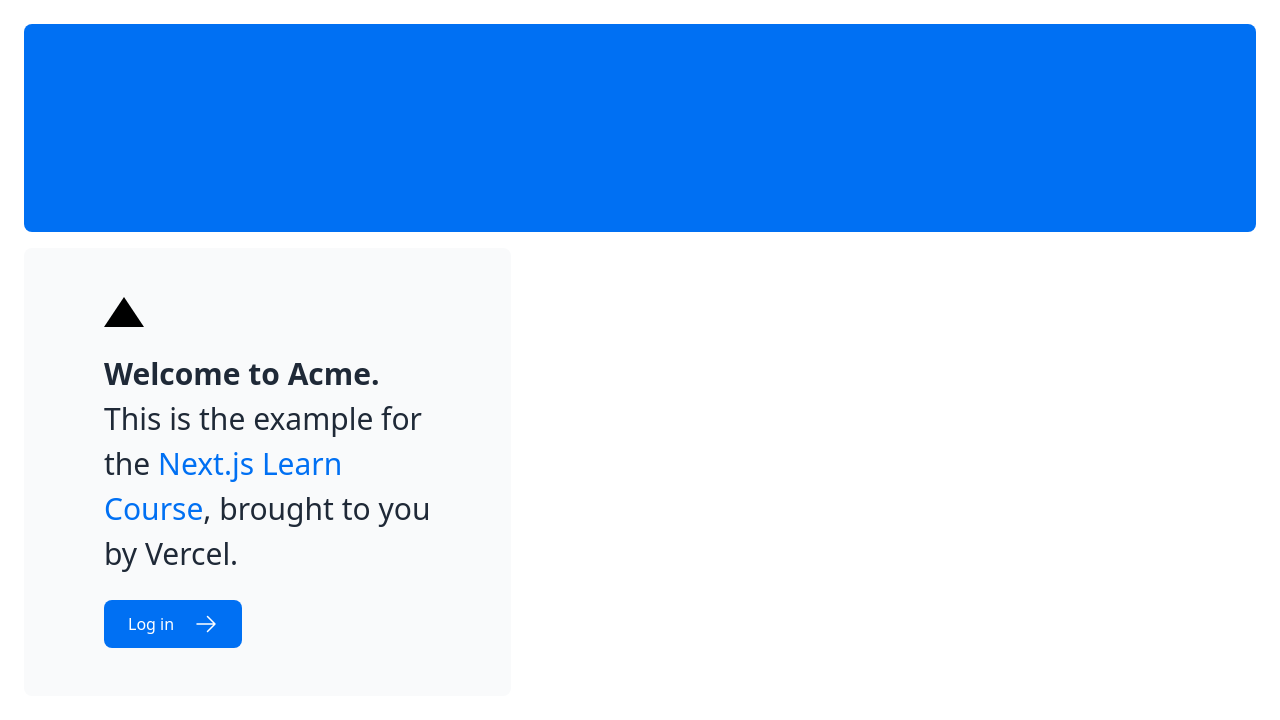
Repository: ShifanaFacts/NextjsTest1
Page: /
These files come from the project's save history. The page is drawn as it stood at one moment and after the next save; the edit follows.
The browser window is 1280 px wide. The pictures show the whole page.
The project was rebuilt for these pictures with package versions that can differ from the ones it lists, and the page was loaded fresh each time. The framework's server and built-in components were replaced by stand-ins that run in the browser. Also part of the build but not shown: next.config.js, app/ui/home.module.css.

Above is the page before, as saved 2023-11-07 16:05:30.

After the next save:
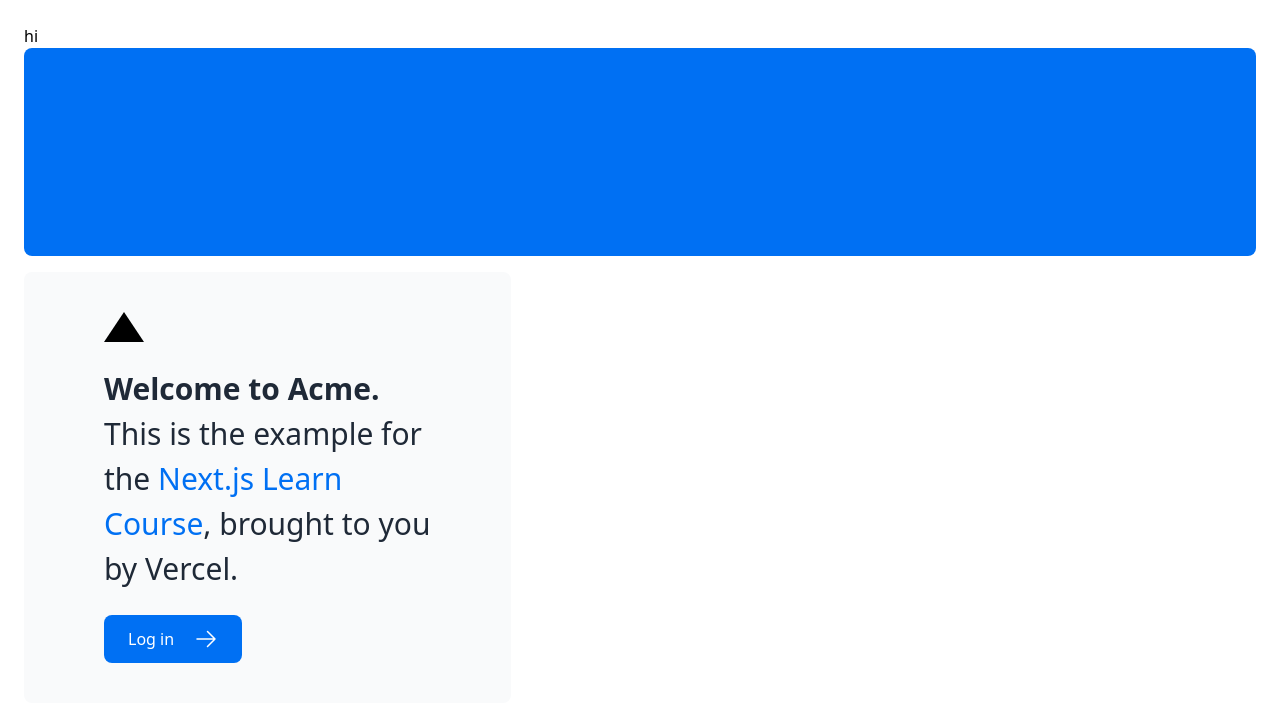
Saved 42 s later.
--- a/app/page.tsx
+++ b/app/page.tsx
@@ -6,7 +6,7 @@
 export default function Page() {
   return (
     <main className="flex min-h-screen flex-col p-6">
-      <div className={styles.shape}></div>
+      <div className={styles.shape}>hi</div>
       <div className="flex h-20 shrink-0 items-end rounded-lg bg-blue-500 p-4 md:h-52">
         {/* <AcmeLogo /> */}
       </div>
